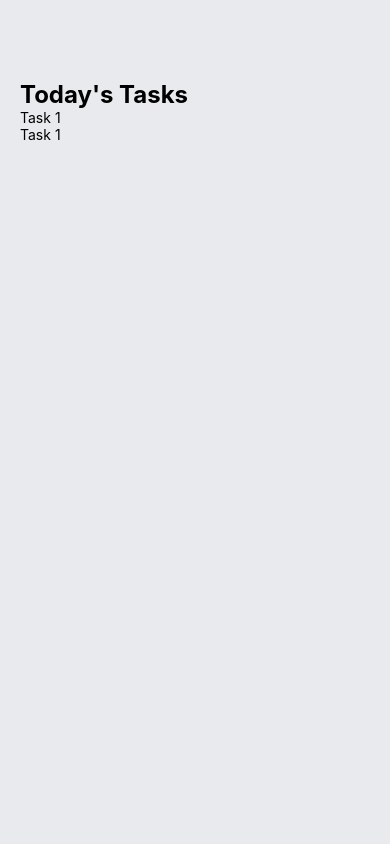
Repository: TakingJester766/React-Native-Example
Screen: /
The author's editor kept a copy of each file at every save. The screen is drawn from the files as they stood at one save, then again after the next save.
The app was drawn by React Native's web renderer in a window 390 px wide. The project was rebuilt for these pictures with package versions that can differ from the ones it lists, and the page was loaded fresh each time.

Above is the screen before, as saved 2023-03-12 10:35:10.

### App.js
import { StatusBar } from 'expo-status-bar';
import { Button, StyleSheet, Text, View } from 'react-native';
import Task from './components/Task';

export default function App() {
  return (
    <View style={styles.container}>
      {/*Today's Tasks*/}
      <View style={styles.taskWrapper}>
        <Text style={styles.sectionTitle}>Today's Tasks</Text>

        <View style={styles.items}>
          {/*This is where the tasks will go!*/}

          <Task text={'Task 1'}/>


        </View>

      </View>
    </View>
  );
}

const styles = StyleSheet.create({
  container: {
    flex: 1,
    backgroundColor: '#E8EAED',
  },
  taskWrapper: {
    paddingTop: 80,
    paddingHorizontal: 20,
  },
  sectionTitle: {
    fontSize: 24,
    fontWeight: 'bold',
  },
  items: {},
});

### components/Task.js
import React from 'react';
import { View, Text, StyleSheet, TouchableOpacity } from 'react-native';

const Task = (props) => {
    return (
        <View style={styles.item}>
            <View style={styles.itemLeft}>
                <TouchableOpacity style={styles.square}></TouchableOpacity>
                <Text style={styles.itemText}>{props.text}</Text>


            </View>

            <Text>{props.text}</Text>
            <View style={styles.circular}></View>

        </View>
    )
}

const styles = StyleSheet.create({
    item: {},
    itemLeft: {},
    square: {},
    itemText: {},
    circular: {}
});

export default Task;

After the next save:
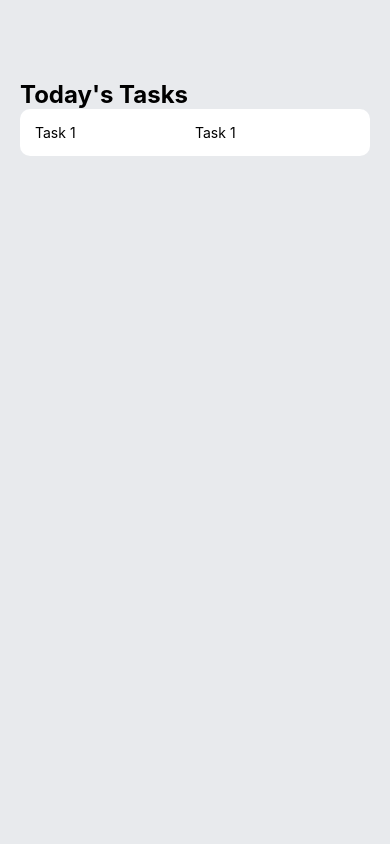
Saved 27 s later.
--- a/components/Task.js
+++ b/components/Task.js
@@ -19,8 +19,18 @@ const Task = (props) => {
 }
 
 const styles = StyleSheet.create({
-    item: {},
-    itemLeft: {},
+    item: {
+        backgroundColor: '#FFF',
+        padding: 15,
+        borderRadius: 10,
+        flexDirection: 'row',
+        alignItems: 'center',
+        justifyContent: 'space-between',
+        marginBottom: 20,
+    },
+    itemLeft: {
+
+    },
     square: {},
     itemText: {},
     circular: {}
